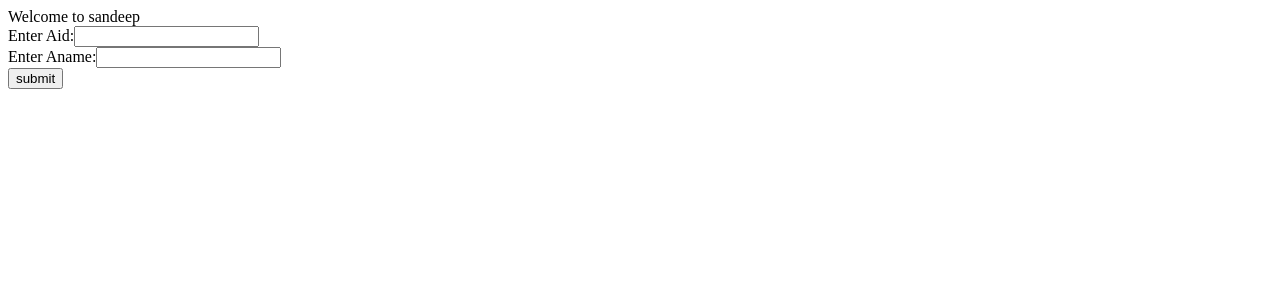
Repository: neelasandeep/sprinboot-projects
Page: http://localhost/SpringMvc/view/index.jsp
These files come from the project's save history. The page is drawn as it stood at one moment and after the next save; the edit follows.
The browser window is 1280 px wide. The pictures show the whole page.
The page is served by Tomcat 9. Other server files are loaded and not shown.

Above is the page before, as saved 2020-04-04 08:40:00.

### SpringMvc/src/main/webapp/view/index.jsp
<%@ page language="java" contentType="text/html; charset=ISO-8859-1"
    pageEncoding="ISO-8859-1"%>
<!DOCTYPE html>
<html>
<head>
<meta charset="ISO-8859-1">
<title>Insert title here</title>
</head>
<body>
Welcome to sandeep
<form action="addalien" method="post">
Enter Aid:<input type="text" name="aid"><br>
Enter Aname:<input type="text" name="aname"><br>
<input type="submit" value="submit">

</form>
</body>
</html>

After the next save:
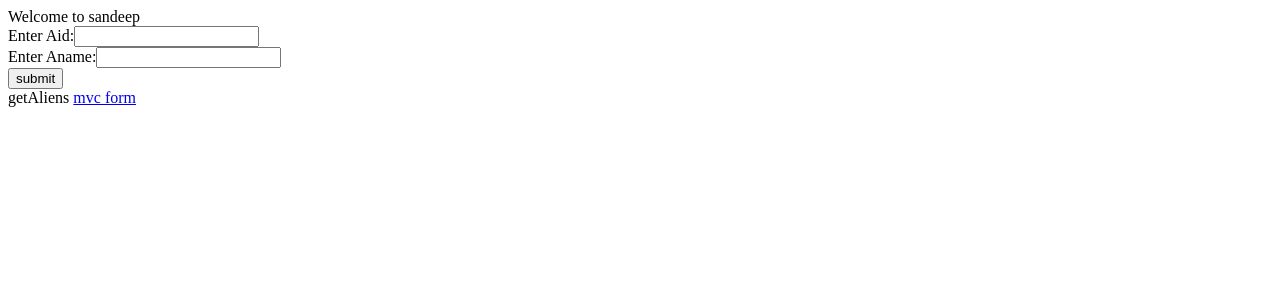
Saved 95 s later.
--- a/SpringMvc/src/main/webapp/view/index.jsp
+++ b/SpringMvc/src/main/webapp/view/index.jsp
@@ -13,6 +13,10 @@ Enter Aid:<input type="text" name="aid"><br>
 Enter Aname:<input type="text" name="aname"><br>
 <input type="submit" value="submit">
 
+<br>
+getAliens
+<a href="getAliens">mvc form </a>
+
 </form>
 </body>
 </html>
